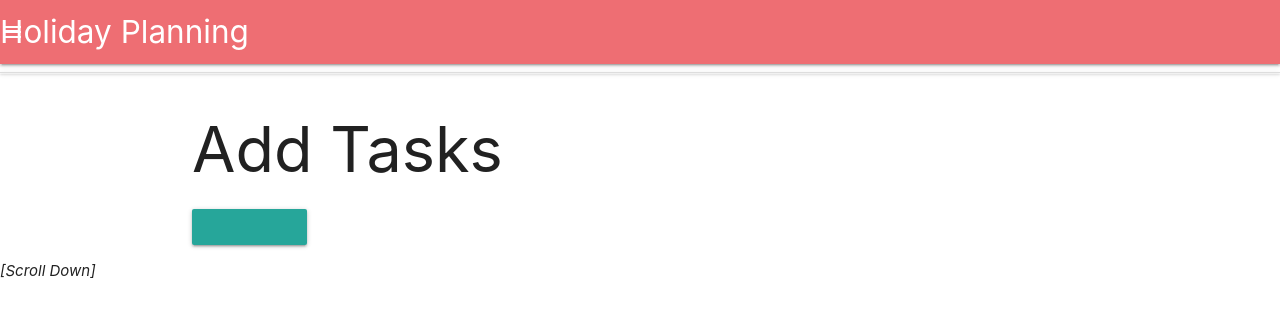
Repository: Code-Institute-Submissions/Project3-Holiday_Planning
Page: http://localhost/
The author's editor kept a record of every edit. The page is drawn from the files as they stood at one moment, then again after the next edit.
The browser window is 1280 px wide. The pictures show the whole page.
The page is served by the project's application, run on Flask 3 (app.py). Queries for data that is not in the repository find no rows.

Above is the page before.

After the next edit:
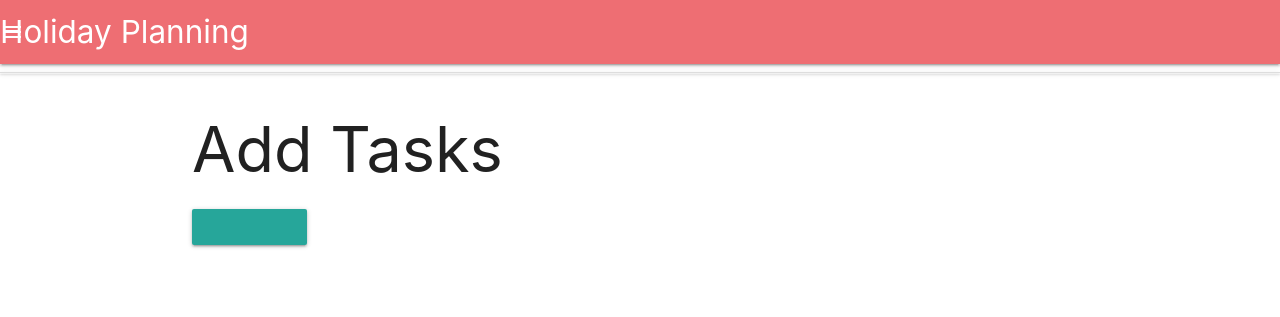
The edit:
--- a/templates/tasks.html
+++ b/templates/tasks.html
@@ -22,7 +22,6 @@
             <a href='{{ url_for('add_task') }}' class="btn btn-warning my-2"><i class="fa fa-hand-peace-o"></i><br>Add Tasks</a>
           </p>
         </div>
-        <i class="fa fa-arrow-circle-down"> [Scroll Down]</i>
       </section>
 </div>
 
